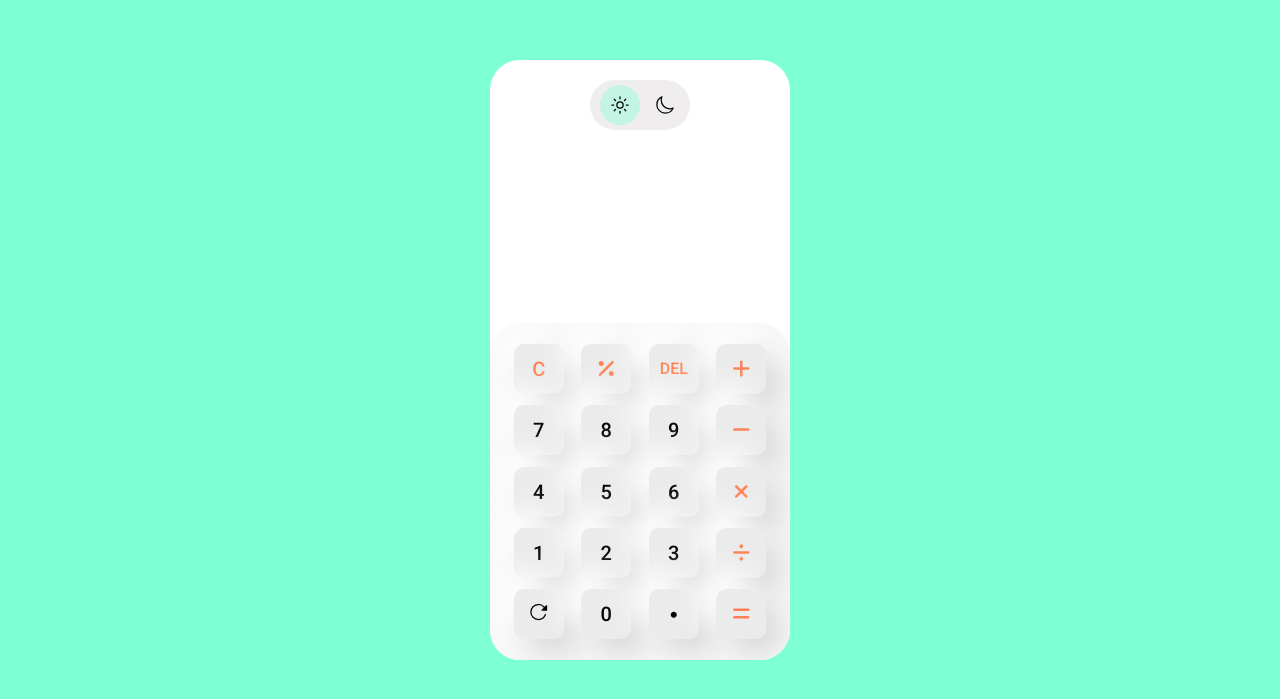
Repository: dinhtri123/caculator-app
Page: index.html
The author's editor kept a copy of each file at every save. The page is drawn from the files as they stood at one save, then again after the next save.
The browser window is 1280 px wide. The pictures show the whole page.

Above is the page before, as saved 2023-01-03 21:12:43.

### index.html
<!DOCTYPE html>
<html lang="en" data-theme="light">
  <head>
    <meta charset="UTF-8" />
    <meta http-equiv="X-UA-Compatible" content="IE=edge" />
    <meta name="viewport" content="width=device-width, initial-scale=1.0" />
    <title>Caculator App</title>
    <script
      type="module"
      src="https://unpkg.com/ionicons@5.5.2/dist/ionicons/ionicons.esm.js"
    ></script>
    <script
      nomodule
      src="https://unpkg.com/ionicons@5.5.2/dist/ionicons/ionicons.js"
    ></script>
    <link
      rel="stylesheet"
      href="https://cdnjs.cloudflare.com/ajax/libs/font-awesome/6.2.1/css/all.min.css"
      integrity="sha512-MV7K8+y+gLIBoVD59lQIYicR65iaqukzvf/nwasF0nqhPay5w/9lJmVM2hMDcnK1OnMGCdVK+iQrJ7lzPJQd1w=="
      crossorigin="anonymous"
      referrerpolicy="no-referrer"
    />
    <link rel="stylesheet" href="style.css" />
  </head>
  <body>
    <div class="wrapper">
      <div class="mode">
        <div class="button-mode light active-mode">
          <ion-icon name="sunny-outline" class="icon-mode"></ion-icon>
        </div>
        <div class="button-mode dark">
          <ion-icon name="moon-outline" class="icon-mode"></ion-icon>
        </div>
      </div>
      <div class="main">
        <div class="display">
          <div class="show"></div>
          <div class="result"></div>
        </div>
        <div class="caculator">
          <div>
            <button class="btn clear operator">C</button>
          </div>
          <div>
            <button value="%" class="btn operator">
              <i class="fa-solid fa-percent"></i>
            </button>
          </div>
          <div>
            <button class="btn delete operator">DEL</button>
          </div>
          <div>
            <button value="+" class="btn">
              <i class="fa-solid fa-plus operator"></i>
            </button>
          </div>
          <div>
            <button value="7" class="btn">7</button>
          </div>
          <div>
            <button value="8" class="btn">8</button>
          </div>
          <div>
            <button value="9" class="btn">9</button>
          </div>
          <div>
            <button value="-" class="btn operator">
              <i class="fa-solid fa-minus"></i>
            </button>
          </div>
          <div>
            <button value="4" class="btn">4</button>
          </div>
          <div>
            <button value="5" class="btn">5</button>
          </div>
          <div>
            <button value="6" class="btn">6</button>
          </div>
          <div>
            <button value="*" class="btn operator">
              <i class="fa-solid fa-xmark"></i>
            </button>
          </div>
          <div>
            <button value="1" class="btn">1</button>
          </div>
          <div>
            <button value="2" class="btn">2</button>
          </div>
          <div>
            <button value="3" class="btn">3</button>
          </div>
          <div>
            <button value="/" class="btn operator">
              <i class="fa-solid fa-divide"></i>
            </button>
          </div>
          <div>
            <button class="undo">
              <ion-icon name="reload-outline"></ion-icon>
            </button>
          </div>
          <div>
            <button value="0" class="btn">0</button>
          </div>
          <div>
            <button class="btn dot" value=".">
              <i class="fa-solid fa-circle"></i>
            </button>
          </div>
          <div>
            <button class="btn equal operator">
              <i class="fa-solid fa-equals"></i>
            </button>
          </div>
        </div>
      </div>
    </div>
  </body>
  <script src="index.js"></script>
</html>

### style.css
@import url("https://fonts.googleapis.com/css2?family=Roboto:wght@100;300;400;500;700&display=swap");
* {
  margin: 0;
  padding: 0;
  box-sizing: border-box;
  font-family: "Roboto", sans-serif;
}
html[data-theme='dark']{
    --bg: #2d2e2f;
    --colorText: white;

}
body {
  width: 100%;
  min-height: 100vh;
  height: 100%;
  background-color: aquamarine;
  font-size: 16px;
  line-height: 1.5;
  font-weight: 400;
  display: flex;
  justify-content: center;
  align-items: center;
}
.wrapper {
  max-width: 300px;
  width: 100%;
  height: 600px;
  background: white;
  border-radius: 30px;
  position: relative;
  overflow: hidden;
}
.mode {
  position: absolute;
  top: 20px;
  left: 50%;
  transform: translateX(-50%);
  width: 100px;
  height: 50px;
  background-color: rgb(239, 237, 237);
  border-radius: 30px;
  padding: 0px 10px;
  display: flex;
  justify-content: space-around;
  align-items: center;
  gap: 5px;
}
.light,
.dark {
  display: flex;
  justify-content: center;
  align-items: center;
  padding: 10px;
  border-radius: 50%;
}
.active-mode {
  background-color: rgba(127, 255, 212, 0.388);
}
.icon-mode {
  font-size: 20px;
  cursor: pointer;
}
.main {
  width: 100%;
  height: 100%;
  display: flex;
  flex-direction: column;
  gap: 40px;
}
.display {
  width: 100%;
  height: 40%;
  display: flex;
  flex-direction: column;
  justify-content: end;
  align-items: flex-end;
  padding: 0px 40px;
}
.show {
  font-size: 20px;
  font-weight: 600;
}
.result {
  font-size: 40px;
  font-weight: 700;
}
.caculator {
  width: 100%;
  height: 60%;
  padding: 15px;
  border-top-left-radius: 30px;
  border-top-right-radius: 30px;
  background-color: rgb(248, 248, 248);
  display: grid;
  grid-template-columns: repeat(4, 1fr);
  justify-content: center;
  align-items: center;
}
.caculator > div {
  display: flex;
  justify-content: center;
  align-items: center;
}
button {
  width: 50px;
  height: 50px;
  border-radius: 10px;
  outline: none;
  border: none;
  background: #ebebeb;
  box-shadow: 15px 15px 30px #d8d8d8, -15px -15px 30px #fefefe;
  font-size: 20px;
  cursor: pointer;
  font-weight: 500;
}
.dot {
  font-size: 6px;
}
.delete {
  font-size: 16px;
}
.operator {
  color: coral;
}

### index.js
// mode
const btnMode = document.querySelectorAll(".button-mode");
for (let i = 0; i < btnMode.length; i++) {
  btnMode[i].addEventListener("click", function () {
    for (let j = 0; j < btnMode.length; j++) {
      btnMode[j].className = btnMode[j].className.replace(" active-mode", "");
    }
    this.className += " active-mode";
  });
}
// caculator
const btn = document.querySelectorAll(".btn");
const result = document.querySelector(".result");
const show = document.querySelector(".show");
const equal = document.querySelector(".equal");
const resetField = document.querySelector(".clear");
const clearOneNumber = document.querySelector(".delete");
const undo = document.querySelector(".undo");


for (let i = 0; i < btn.length; i++) {
  btn[i].addEventListener("click", function () {
    show.textContent += this.value;
  });
}

equal.addEventListener("click", function () {
  const res = show.textContent;
  const output = eval(res);
  result.textContent = output;
  localStorage.setItem("undo", (show.textContent += this.value));
});

clearOneNumber.addEventListener("click", function () {
  let res = show.textContent;
  show.textContent = res.slice(0, -1);
});

resetField.addEventListener("click", function () {
  show.textContent = "";
  result.textContent = "";
});

undo.addEventListener("click", function () {
  let values = localStorage.getItem("undo");
  show.textContent = values;
});

After the next save:
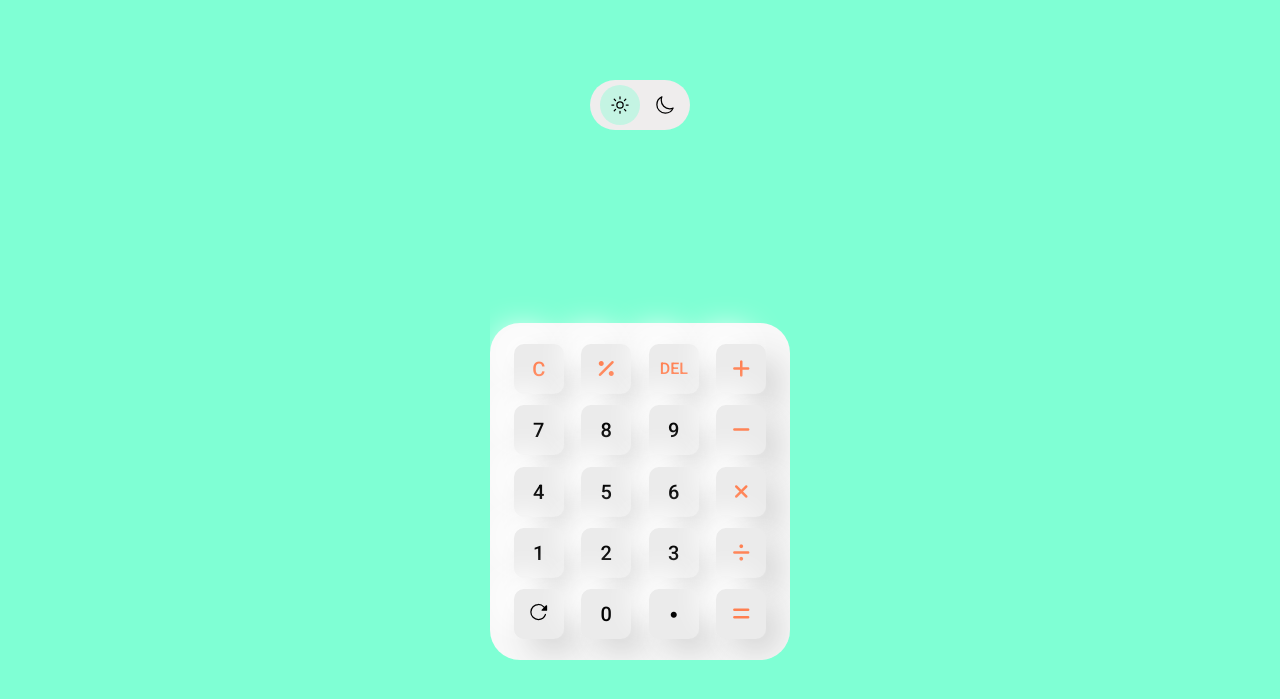
Saved 10 s later.
--- a/style.css
+++ b/style.css
@@ -26,7 +26,7 @@
   max-width: 300px;
   width: 100%;
   height: 600px;
-  background: white;
+  background: whte;
   border-radius: 30px;
   position: relative;
   overflow: hidden;

After the 3 saves that followed:
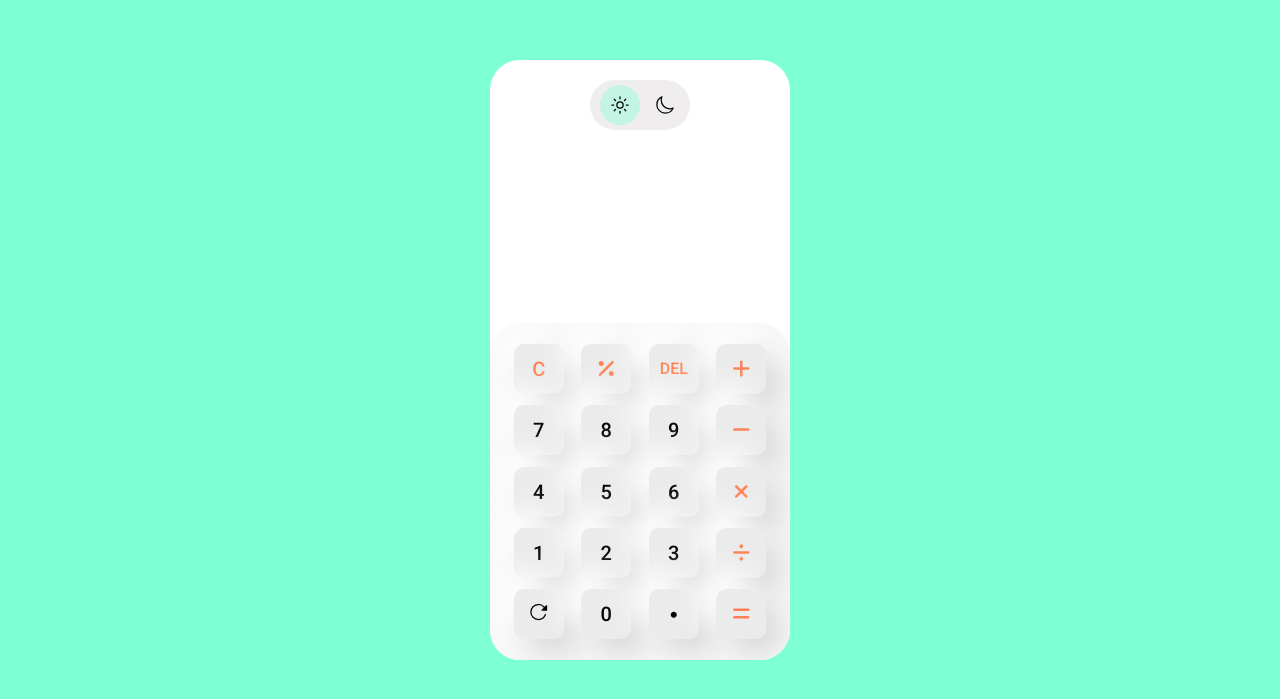
The 3 saves are shown as one change because 1 left the picture as it was and some came seconds apart.
The last was saved 106 s later.
--- a/style.css
+++ b/style.css
@@ -26,7 +26,7 @@
   max-width: 300px;
   width: 100%;
   height: 600px;
-  background: whte;
+  background: white;
   border-radius: 30px;
   position: relative;
   overflow: hidden;
